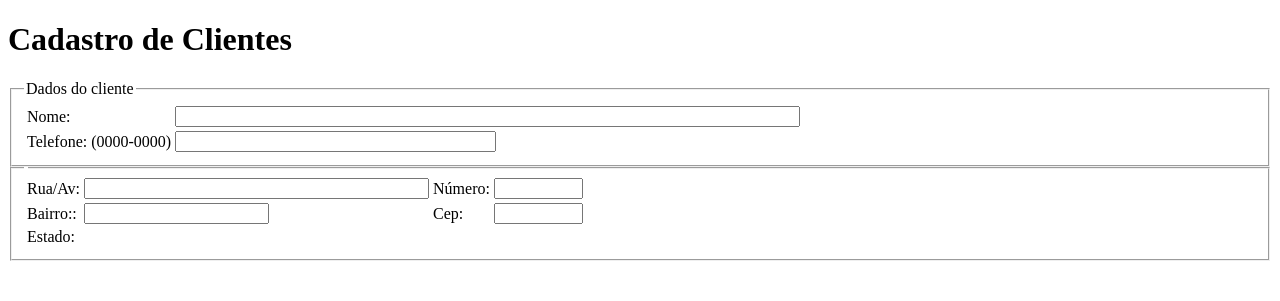
Repository: GabrielGGhost/EstudoJavaAW1-AW2
Page: estudos21/WebContent/cadastro.html
An editor plug-in stored every save of this project. The page is shown before and after the next save, followed by the edit.
The browser window is 1280 px wide. The pictures show the whole page.

Above is the page before, as saved 2020-10-31 20:19:44.

### estudos21/WebContent/cadastro.html
<!DOCTYPE html>
<html>
<head>
<meta charset="ISO-8859-1">
<title>Exemplo AJAX</title>
<script>
	var request;

	function sendRequest(){

		//Determina o estado selecionado
		combo = document.getElementById("estadp");
		estado = combo.options[combo.selectedIndex].value;

		//Retorna quando nenhum estado for selecionado
		if (estado == "-1"){
			return;
		}

		//Momta a url de requisição para o servidor
		url = "cadastrarCliente?action=preencherCidades&estado=" + estado;

		//Inicializa o objeto XLMHttpRequest
		request = new XMLHttpRequest();

		//Determina a função para processamento da requisição
		request.onload = processRequest;

		//Configura a requisição
		request.opem("GET", url, true);

		//Envia a requisição
		request.send();
	}

	function processRequest(){
		//Faz a leitura do documento XML recebido
		var response = request.responseXML;

		var RAIZ = response.getElementsByTagName("cidades").item(0);
		var cidades = raiz.getElementsByTagName("cidade");

		//Preenche a caixa de opções com os valores recebidos
		for (var int = 0; int < cidades.length; int++) {
			var txtCidade = cidades.item(i).firstChield.data;
			var option = new Option(txtCidade);
			selectNode.add(option, null);
		}
	}
</script>
</head>
<body>
	<h1>Cadastro de Clientes</h1>
	<form action='cadastrarCliente"%>' method='post'>
		<fieldset>
			<legend>Dados do cliente</legend>
			<table>
				<tr>
					<td><label for='nome'>Nome:</label></td>
					<td colspan='3'><input name='nome' id='nome' type='text' size='75' maxlength='255'/></td>
				</tr>
				<tr>
					<td><label for='telefone'>Telefone: (0000-0000)</label></td>
					<td><input name='telefone' id='telefone' type='text' size='37'/></td>
				</tr>
			</table>
		</fieldset>
		<fieldset>
			<legend></legend>
			<table>
				<tr>
					<td><label for='rua'>Rua/Av:</label></td>
					<td><input name='rua' id='rua' type='text' size='40' maxlength="255"/></td>

					<td><label for='numero'>Número:</label></td>
					<td><input name='numero' id='numero' type='text' size='8' maxlength="5"/></td>
				</tr>
				<tr>
					<td><label for='bairro'>Bairro::</label></td>
					<td><input name='bairro' id='bairro' type='text' /></td>

					<td><label for='cep'>Cep:</label></td>
					<td><input name='cep' id='cep' type='text' size='8'/></td>
				</tr>
				<tr>
					<td><label for='estado'>Estado:</label></td>
				</tr>
			</table>
		</fieldset>
	</form>
</body>
</html>

After the next save:
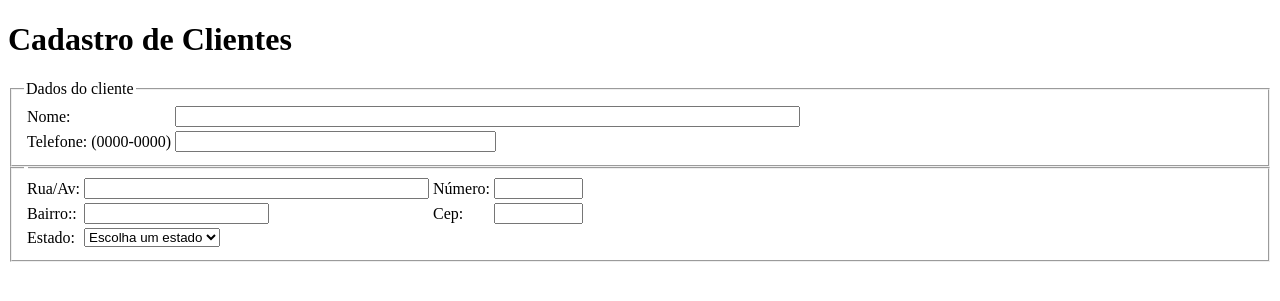
Saved 2 min 50 s later.
--- a/estudos21/WebContent/cadastro.html
+++ b/estudos21/WebContent/cadastro.html
@@ -84,6 +84,15 @@
 				</tr>
 				<tr>
 					<td><label for='estado'>Estado:</label></td>
+					<td>
+						<select name='estado' id='estado' onchange='sendRequest();'>
+							<option value='-1'>Escolha um estado</option>
+							<option value='MG'>MG</option>
+							<option value='SP'>SP</option>
+							<option value='RJ'>RJ</option>
+							<option></option>
+						</select>
+					</td>
 				</tr>
 			</table>
 		</fieldset>
